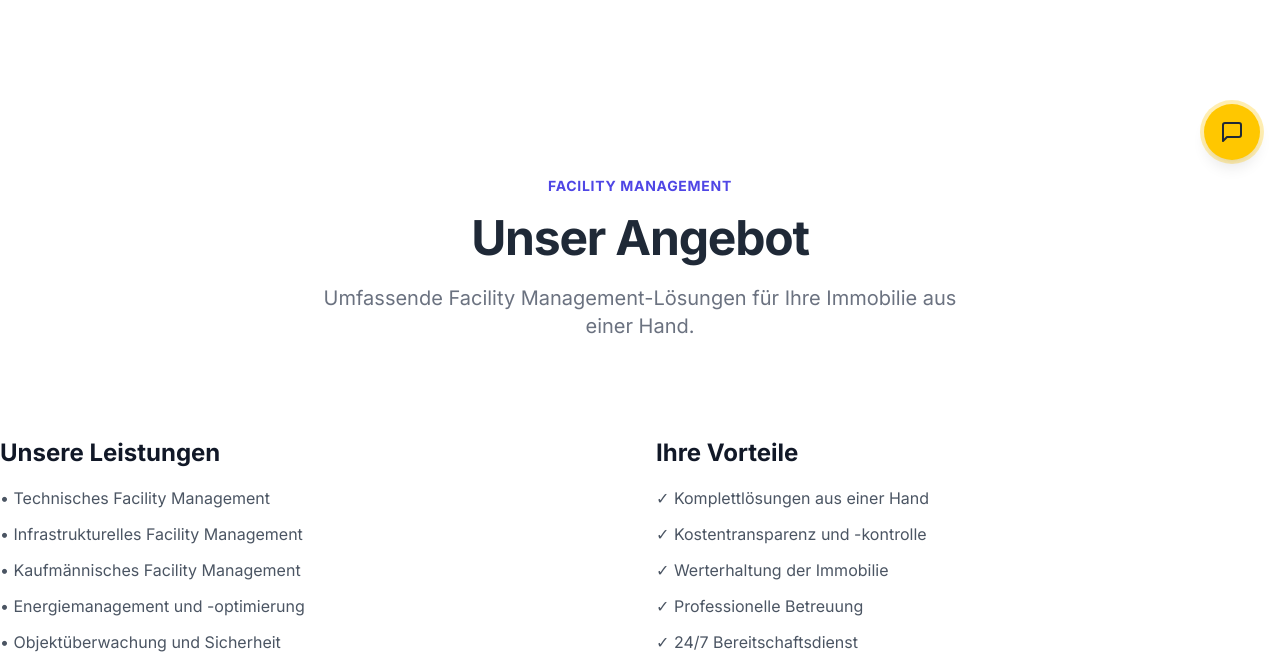
Repository: develcrystal/Solar-Komfort-Reinigung-2025
Page: /angebot
The author's editor kept a copy of each file at every save. The page is drawn from the files as they stood at one save, then again after the next save.
The browser window is 1280 px wide. The pictures show the part of the page from y = 540 to 1194 px (the page is 2219 px tall before and 2027 px after).
Pictures or frames that could not be fetched are drawn as grey boxes. The project was rebuilt for these pictures with package versions that can differ from the ones it lists, and the page was loaded fresh each time. The framework's server and built-in components were replaced by stand-ins that run in the browser. Also part of the build but not shown: next.config.js.

Above is the page before, as saved 2025-03-15 01:14:29.

### src/app/layout.tsx
import type { Metadata } from "next";
import { Inter } from "next/font/google";
import { ThemeProvider } from "next-themes";
import "./globals.css";

import { Navbar } from "@/components/Navbar";
import { Footer } from "@/components/Footer";
import { PopupWidget } from "@/components/PopupWidget";

const inter = Inter({ subsets: ["latin"] });

export const metadata: Metadata = {
  title: "Solar Komfort GmbH - Professionelle Dachbeschichtung",
  description: "Solar Komfort GmbH bietet professionelle Dachbeschichtung, Dachreinigung und Fassadenreinigung in Darmstadt und Umgebung.",
  icons: [
    {
      rel: "icon",
      type: "image/x-icon",
      url: "/favicon.ico",
    },
    {
      rel: "icon",
      type: "image/webp",
      url: "/img/flux/favicon.webp",
    }
  ],
};

export default function RootLayout({
  children,
}: Readonly<{
  children: React.ReactNode;
}>) {
  return (
    <html lang="de" suppressHydrationWarning>
      <body className={inter.className}>
        <ThemeProvider attribute="class">
          <Navbar />
          <div>{children}</div>
          <Footer />
          <PopupWidget />
        </ThemeProvider>
      </body>
    </html>
  );
}

### src/app/angebot/page.tsx
import { Container } from '@/components/Container';
import { SectionTitle } from '@/components/SectionTitle';
import { CtaSection } from '@/components/CtaSection';
import Image from 'next/image';

export default function Angebot() {
  return (
    <>
      {/* Hero-Bereich - Mobile First */}
      <div className="relative h-[50vh] sm:h-[55vh] md:h-[60vh] min-h-[350px] sm:min-h-[400px] w-full">
        <div className="absolute inset-0 z-0">
          <Image
            src="/img/flux/industriereinigung.webp"
            alt="Professionelle Industriereinigung - Facility Management Angebot"
            fill
            className="object-cover brightness-[0.8]"
            priority
          />
          <div className="absolute inset-0 bg-gradient-to-r from-blue-900/80 to-blue-900/50"></div>
        </div>

        <Container className="relative z-10 h-full flex items-center">
          <div className="max-w-2xl sm:max-w-3xl">
            <h1 className="text-2xl sm:text-3xl md:text-4xl lg:text-5xl font-extrabold leading-tight text-white uppercase mb-3 sm:mb-4 md:mb-6 drop-shadow-lg">
              FACILITY MANAGEMENT ANGEBOT
            </h1>
            <p className="text-base sm:text-lg md:text-xl lg:text-2xl text-white mb-4 sm:mb-6 md:mb-8 drop-shadow-md">
              Umfassende Facility Management-Lösungen für Ihre Immobilie aus einer Hand.
            </p>
            <div className="flex flex-col sm:flex-row gap-3 sm:gap-4">
              <a href="/kontakt" className="px-4 sm:px-6 md:px-8 py-3 sm:py-4 text-sm sm:text-base md:text-lg font-medium text-center text-white bg-blue-600 rounded-lg hover:bg-blue-700 focus:ring-4 focus:ring-blue-300 transition-all min-h-[44px] touch-manipulation">
                Kostenlos beraten lassen
              </a>
              <a href="/kostenrechner" className="px-4 sm:px-6 md:px-8 py-3 sm:py-4 text-sm sm:text-base md:text-lg font-medium text-center text-gray-900 bg-white rounded-lg hover:bg-gray-100 focus:ring-4 focus:ring-gray-200 transition-all min-h-[44px] touch-manipulation">
                Kosten berechnen
              </a>
            </div>
          </div>
        </Container>
      </div>

      <div className="bg-white dark:bg-gray-900 py-12 sm:py-16 md:py-20 lg:py-24">
        <Container>
          <SectionTitle
            preTitle="Facility Management"
            title="Unser Angebot"
          >
            Umfassende Facility Management-Lösungen für Ihre Immobilie aus einer Hand.
          </SectionTitle>

          <div className="mt-12 grid grid-cols-1 md:grid-cols-2 gap-8">
            <div>
              <h3 className="text-2xl font-bold text-gray-900 dark:text-white mb-4">Unsere Leistungen</h3>
              <ul className="space-y-3 text-gray-600 dark:text-gray-300">
                <li>• Technisches Facility Management</li>
                <li>• Infrastrukturelles Facility Management</li>
                <li>• Kaufmännisches Facility Management</li>
                <li>• Energiemanagement und -optimierung</li>
                <li>• Objektüberwachung und Sicherheit</li>
              </ul>
            </div>
            <div>
              <h3 className="text-2xl font-bold text-gray-900 dark:text-white mb-4">Ihre Vorteile</h3>
              <ul className="space-y-3 text-gray-600 dark:text-gray-300">
                <li>✓ Komplettlösungen aus einer Hand</li>
                <li>✓ Kostentransparenz und -kontrolle</li>
                <li>✓ Werterhaltung der Immobilie</li>
                <li>✓ Professionelle Betreuung</li>
                <li>✓ 24/7 Bereitschaftsdienst</li>
              </ul>
            </div>
          </div>
        </Container>
      </div>

      <CtaSection
        backgroundImage="/img/kundenbilder/Industriereinigung.webp"
        backgroundAlt="Kontaktieren Sie uns für Facility Management"
        title="Bereit für professionelles Facility Management?"
        description="Vereinbaren Sie noch heute einen unverbindlichen Beratungstermin."
        buttonText="Jetzt Beratung anfordern"
        buttonLink="/kontakt"
      />
    </>
  );
}

### src/components/Footer.tsx
import Link from "next/link";
import Image from "next/image";
import React from "react";
import { Container } from "@/components/Container";

export function Footer() {
  const navigation = ["Startseite", "Dienstleistungen", "Über uns", "Kontakt"];
  const services = ["Dachreinigung", "Dachbeschichtung", "Fassadenreinigung", "Pflasterreinigung"];
  return (
    <div className="relative">
      <Container>
        <div className="grid max-w-screen-xl grid-cols-1 gap-10 pt-10 mx-auto mt-5 border-t border-gray-100 dark:border-trueGray-700 lg:grid-cols-5">
          <div className="lg:col-span-2">
            <div>
              {" "}
              <Link
                href="/"
                className="flex items-center space-x-2 text-2xl font-medium text-indigo-500 dark:text-gray-100"
              >
                <Image
                  src="/img/logo.svg"
                  alt="SK"
                  width="32"
                  height="32"
                  className="w-8"
                />
                <span>Solar Komfort GmbH</span>
              </Link>
            </div>

            <div className="max-w-md mt-4 text-gray-500 dark:text-gray-400">
              Professionelle Dachreinigung und Dachbeschichtung mit modernem Nano-Effekt.
              Wir bieten umfassende Dienstleistungen für Ihr Dach - von der gründlichen
              Reinigung bis zur langlebigen Beschichtung.
            </div>

            <div className="mt-5">
              <div className="text-gray-500 dark:text-gray-400">
                <p>Telefon: <a href="tel:061511546592" className="hover:text-indigo-500">06151 15 465 92</a></p>
                <p>E-Mail: <a href="mailto:info@solarkomfort.de" className="hover:text-indigo-500">info@solarkomfort.de</a></p>
                <p>Adresse: Darmstadt, Deutschland</p>
              </div>
            </div>
          </div>

          <div>
            <div className="flex flex-wrap w-full -mt-2 -ml-3 lg:ml-0">
              {navigation.map((item, index) => (
                <Link
                  key={index}
                  href="/"
                  className="w-full px-4 py-2 text-gray-500 rounded-md dark:text-gray-300 hover:text-indigo-500 focus:text-indigo-500 focus:bg-indigo-100 focus:outline-none dark:focus:bg-trueGray-700"
                >
                  {item}
                </Link>
              ))}
            </div>
          </div>
          <div>
            <div className="flex flex-wrap w-full -mt-2 -ml-3 lg:ml-0">
              {services.map((item, index) => (
                <Link
                  key={index}
                  href="/"
                  className="w-full px-4 py-2 text-gray-500 rounded-md dark:text-gray-300 hover:text-indigo-500 focus:text-indigo-500 focus:bg-indigo-100 focus:outline-none dark:focus:bg-trueGray-700"
                >
                  {item}
                </Link>
              ))}
            </div>
          </div>
          <div className="">
            <div>Folgen Sie uns</div>
            <div className="flex mt-5 space-x-5 text-gray-400 dark:text-gray-500">
              <a
                href="https://facebook.com/"
                target="_blank"
                rel="noopener"
              >
                <span className="sr-only">Facebook</span>
                <Facebook />
              </a>
              <a
                href="https://instagram.com/"
                target="_blank"
                rel="noopener"
              >
                <span className="sr-only">Instagram</span>
                <Instagram />
              </a>
              <a href="https://linkedin.com/" target="_blank" rel="noopener">
                <span className="sr-only">Linkedin</span>
                <Linkedin />
              </a>
            </div>
          </div>
        </div>

        <div className="my-10 text-sm text-center text-gray-600 dark:text-gray-400">
          Copyright {new Date().getFullYear()}. Solar Komfort GmbH. Alle Rechte vorbehalten.
        </div>
      </Container>
    </div>
  );
}

const Twitter = ({ size = 24 }) => (
  <svg
    xmlns="http://www.w3.org/2000/svg"
    width={size}
    height={size}
    viewBox="0 0 24 24"
    fill="currentColor"
  >
    <path d="M24 4.37a9.6 9.6 0 0 1-2.83.8 5.04 5.04 0 0 0 2.17-2.8c-.95.58-2 1-3.13 1.22A4.86 4.86 0 0 0 16.61 2a4.99 4.99 0 0 0-4.79 6.2A13.87 13.87 0 0 1 1.67 2.92 5.12 5.12 0 0 0 3.2 9.67a4.82 4.82 0 0 1-2.23-.64v.07c0 2.44 1.7 4.48 3.95 4.95a4.84 4.84 0 0 1-2.22.08c.63 2.01 2.45 3.47 4.6 3.51A9.72 9.72 0 0 1 0 19.74 13.68 13.68 0 0 0 7.55 22c9.06 0 14-7.7 14-14.37v-.65c.96-.71 1.79-1.6 2.45-2.61z" />
  </svg>
);

const Facebook = ({ size = 24 }) => (
  <svg
    xmlns="http://www.w3.org/2000/svg"
    width={size}
    height={size}
    viewBox="0 0 24 24"
    fill="currentColor"
  >
    <path d="M24 12.07C24 5.41 18.63 0 12 0S0 5.4 0 12.07C0 18.1 4.39 23.1 10.13 24v-8.44H7.08v-3.49h3.04V9.41c0-3.02 1.8-4.7 4.54-4.7 1.31 0 2.68.24 2.68.24v2.97h-1.5c-1.5 0-1.96.93-1.96 1.89v2.26h3.32l-.53 3.5h-2.8V24C19.62 23.1 24 18.1 24 12.07" />
  </svg>
);
const Instagram = ({ size = 24 }) => (
  <svg
    xmlns="http://www.w3.org/2000/svg"
    width={size}
    height={size}
    viewBox="0 0 24 24"
    fill="currentColor"
  >
    <path d="M16.98 0a6.9 6.9 0 0 1 5.08 1.98A6.94 6.94 0 0 1 24 7.02v9.96c0 2.08-.68 3.87-1.98 5.13A7.14 7.14 0 0 1 16.94 24H7.06a7.06 7.06 0 0 1-5.03-1.89A6.96 6.96 0 0 1 0 16.94V7.02C0 2.8 2.8 0 7.02 0h9.96zm.05 2.23H7.06c-1.45 0-2.7.43-3.53 1.25a4.82 4.82 0 0 0-1.3 3.54v9.92c0 1.5.43 2.7 1.3 3.58a5 5 0 0 0 3.53 1.25h9.88a5 5 0 0 0 3.53-1.25 4.73 4.73 0 0 0 1.4-3.54V7.02a5 5 0 0 0-1.3-3.49 4.82 4.82 0 0 0-3.54-1.3zM12 5.76c3.39 0 6.2 2.8 6.2 6.2a6.2 6.2 0 0 1-12.4 0 6.2 6.2 0 0 1 6.2-6.2zm0 2.22a3.99 3.99 0 0 0-3.97 3.97A3.99 3.99 0 0 0 12 15.92a3.99 3.99 0 0 0 3.97-3.97A3.99 3.99 0 0 0 12 7.98zm6.44-3.77a1.4 1.4 0 1 1 0 2.8 1.4 1.4 0 0 1 0-2.8z" />
  </svg>
);

const Linkedin = ({ size = 24 }) => (
  <svg
    xmlns="http://www.w3.org/2000/svg"
    width={size}
    height={size}
    viewBox="0 0 24 24"
    fill="currentColor"
  >
    <path d="M22.23 0H1.77C.8 0 0 .77 0 1.72v20.56C0 23.23.8 24 1.77 24h20.46c.98 0 1.77-.77 1.77-1.72V1.72C24 .77 23.2 0 22.23 0zM7.27 20.1H3.65V9.24h3.62V20.1zM5.47 7.76h-.03c-1.22 0-2-.83-2-1.87 0-1.06.8-1.87 2.05-1.87 1.24 0 2 .8 2.02 1.87 0 1.04-.78 1.87-2.05 1.87zM20.34 20.1h-3.63v-5.8c0-1.45-.52-2.45-1.83-2.45-1 0-1.6.67-1.87 1.32-.1.23-.11.55-.11.88v6.05H9.28s.05-9.82 0-10.84h3.63v1.54a3.6 3.6 0 0 1 3.26-1.8c2.39 0 4.18 1.56 4.18 4.89v6.21z" />
  </svg>
);

### src/components/Container.tsx
import React from "react";

interface ContainerProps {
  children: React.ReactNode;
  className?: string;
}

export function Container(props: Readonly<ContainerProps>) {
  return (
    <div
      className={`container p-8 mx-auto xl:px-0 ${
        props.className ? props.className : ""
      }`}>
      {props.children}
    </div>
  );
}

### src/components/SectionTitle.tsx
import React from "react";
import { Container } from "@/components/Container";

interface SectionTitleProps {
  preTitle?: string;
  title?: string;
  align?: "left" | "center";
  children?: React.ReactNode;
}

export const SectionTitle = (props: Readonly<SectionTitleProps>) => {
  return (
    <Container
      className={`flex w-full flex-col mt-4 ${
        props.align === "left" ? "" : "items-center justify-center text-center"
      }`}>
      {props.preTitle && (
        <div className="text-sm font-bold tracking-wider text-indigo-600 uppercase">
          {props.preTitle}
        </div>
      )}

      {props.title && (
        <h2 className="max-w-2xl mt-3 text-2xl sm:text-3xl md:text-4xl font-bold leading-snug tracking-tight text-gray-800 lg:leading-tight lg:text-5xl dark:text-white">
          {props.title}
        </h2>
      )}

      {props.children && (
        <p className="max-w-2xl py-4 text-sm sm:text-base md:text-lg leading-normal text-gray-500 lg:text-xl xl:text-xl dark:text-gray-300">
          {props.children}
        </p>
      )}
    </Container>
  );
}

### src/components/CtaSection.tsx
import React from 'react';
import Image from 'next/image';

interface CtaSectionProps {
  backgroundImage: string;
  backgroundAlt?: string;
  title?: string;
  subtitle?: string;
  description?: string;
  ctaText?: string;
  buttonText?: string;
  ctaLink?: string;
  buttonLink?: string;
  className?: string;
  children?: React.ReactNode;
}

export const CtaSection: React.FC<CtaSectionProps> = ({
  backgroundImage,
  backgroundAlt = "CTA Background",
  title = "Bereit für ein kostenloses Angebot?",
  subtitle,
  description = "Kontaktieren Sie uns noch heute für eine unverbindliche Beratung.",
  ctaText,
  buttonText = "Kontakt aufnehmen",
  ctaLink,
  buttonLink = "/kontakt",
  className = "",
  children
}) => {
  const finalCTAText = ctaText || buttonText;
  const finalCTALink = ctaLink || buttonLink;
  const finalDescription = subtitle || description;

  return (
    <section className={`relative py-24 w-full ${className}`}>
      <div className="absolute inset-0 z-0">
        <Image
          src={backgroundImage}
          alt={backgroundAlt}
          fill
          className="object-cover"
        />
        <div className="absolute inset-0 bg-black/50"></div>
        <div className="absolute inset-0 bg-gradient-to-t from-black/40 to-transparent"></div>
      </div>

      <div className="relative z-10 w-full px-4">
        <div className="text-center max-w-5xl mx-auto">
          <h2 className="text-2xl sm:text-3xl md:text-4xl lg:text-5xl font-bold mb-4 sm:mb-6 text-white drop-shadow-lg">{title}</h2>
          <p className="text-base sm:text-lg md:text-xl lg:text-2xl mb-6 sm:mb-8 text-gray-100 drop-shadow-md">
            {finalDescription}
          </p>
          {children && (
            <div className="mb-8">
              {children}
            </div>
          )}
          <div className="flex flex-col sm:flex-row justify-center gap-4 w-full max-w-3xl mx-auto">
            <a
              href="tel:061511546592"
              className="px-8 py-4 text-lg font-bold text-center text-white bg-blue-600 rounded-xl hover:bg-blue-700 transition-colors shadow-lg flex items-center justify-center flex-1"
            >
              <svg className="h-6 w-6 mr-2" fill="none" viewBox="0 0 24 24" stroke="currentColor">
                <path strokeLinecap="round" strokeLinejoin="round" strokeWidth={2} d="M3 5a2 2 0 012-2h3.28a1 1 0 01.948.684l1.498 4.493a1 1 0 01-.502 1.21l-2.257 1.13a11.042 11.042 0 005.516 5.516l1.13-2.257a1 1 0 011.21-.502l4.493 1.498a1 1 0 01.684.949V19a2 2 0 01-2 2h-1C9.716 21 3 14.284 3 6V5z" />
              </svg>
              06151 15 465 92
            </a>
            <a
              href={finalCTALink}
              className="px-8 py-4 text-lg font-bold text-center text-white bg-orange-500 rounded-xl hover:bg-orange-600 transition-colors shadow-lg flex-1"
            >
              {finalCTAText}
            </a>
          </div>
        </div>
      </div>
    </section>
  );
};

### src/components/DarkSwitch.tsx
"use client";
import React, { useState, useEffect } from "react";
import { useTheme } from "next-themes";

const ThemeChanger = () => {
  const [mounted, setMounted] = useState(false);
  const { theme, setTheme } = useTheme();

  // When mounted on client, now we can show the UI
  useEffect(() => setMounted(true), []);

  if (!mounted) return null;

  return (
    <div className="flex items-center order-last">
      {theme === "dark" ? (
        <button
          onClick={() => setTheme("light")}
          className="text-gray-300 rounded-full outline-none focus:outline-none p-2 bg-gray-800 hover:bg-gray-700">
          <span className="sr-only">Light Mode</span>

          <svg
            xmlns="http://www.w3.org/2000/svg"
            className="w-6 h-6"
            viewBox="0 0 20 20"
            fill="currentColor">
            <path d="M17.293 13.293A8 8 0 016.707 2.707a8.001 8.001 0 1010.586 10.586z" />
          </svg>
        </button>
      ) : (
        <button
          onClick={() => setTheme("dark")}
          className="text-gray-700 rounded-full outline-none focus:outline-none p-2 bg-gray-100 hover:bg-gray-200 focus-visible:ring focus-visible:ring-gray-100 focus:ring-opacity-20">
          <span className="sr-only">Dark Mode</span>
          <svg
            xmlns="http://www.w3.org/2000/svg"
            width="24"
            height="24"
            viewBox="0 0 24 24"
            fill="none"
            stroke="currentColor"
            strokeWidth="1"
            strokeLinecap="round"
            strokeLinejoin="round"
            className="w-6 h-6">
            <circle cx="12" cy="12" r="5" />
            <path d="M12 1v2M12 21v2M4.2 4.2l1.4 1.4M18.4 18.4l1.4 1.4M1 12h2M21 12h2M4.2 19.8l1.4-1.4M18.4 5.6l1.4-1.4" />
          </svg>
        </button>
      )}
    </div>
  );
};

export default ThemeChanger;

### tailwind.config.ts
import type { Config } from "tailwindcss";

const defaultTheme = require("tailwindcss/defaultTheme");
const colors = require("tailwindcss/colors");

const config: Config = {
  mode: "jit",
  content: ["./src/**/*.{js,ts,jsx,tsx,mdx}"],
  darkMode: "class",
  theme: {
    extend: {
      colors: {
        primary: "#0052CC",      // A strong, professional blue
        secondary: "#F5F7FA",    // A light, clean gray for backgrounds
        accent: "#FFC700",       // A vibrant yellow for highlights and CTAs
        neutral: colors.neutral,
      },
      spacing: {
        "section-py": "4rem",
        "container-px": "1.5rem",
        "stack-sm": "0.75rem",    // Small vertical space (e.g., between text elements)
        "container-md": "1.5rem", // Standard component padding
      },
      borderRadius: {
        "radius-default": "0.5rem", // Default radius for interactive elements
      },
      boxShadow: {
        "shadow-elevation-1": "0px 1px 3px rgba(0, 0, 0, 0.1)", // Subtle shadow for cards
      },
      maxWidth: {
        '8xl': '90rem', // 1440px
      },
      fontFamily: {
        // Set 'Inter' as the primary sans-serif font, using the CSS variable provided by next/font
        sans: ["var(--font-inter)", ...defaultTheme.fontFamily.sans],
      },
    },
  },
  plugins: [],
};
export default config;

Loaded but not shown: src/components/PopupWidget.tsx (341 lines, source omitted); src/components/Navbar.tsx (236 lines, source omitted); src/app/globals.css (438 lines, source omitted)

After the next save:
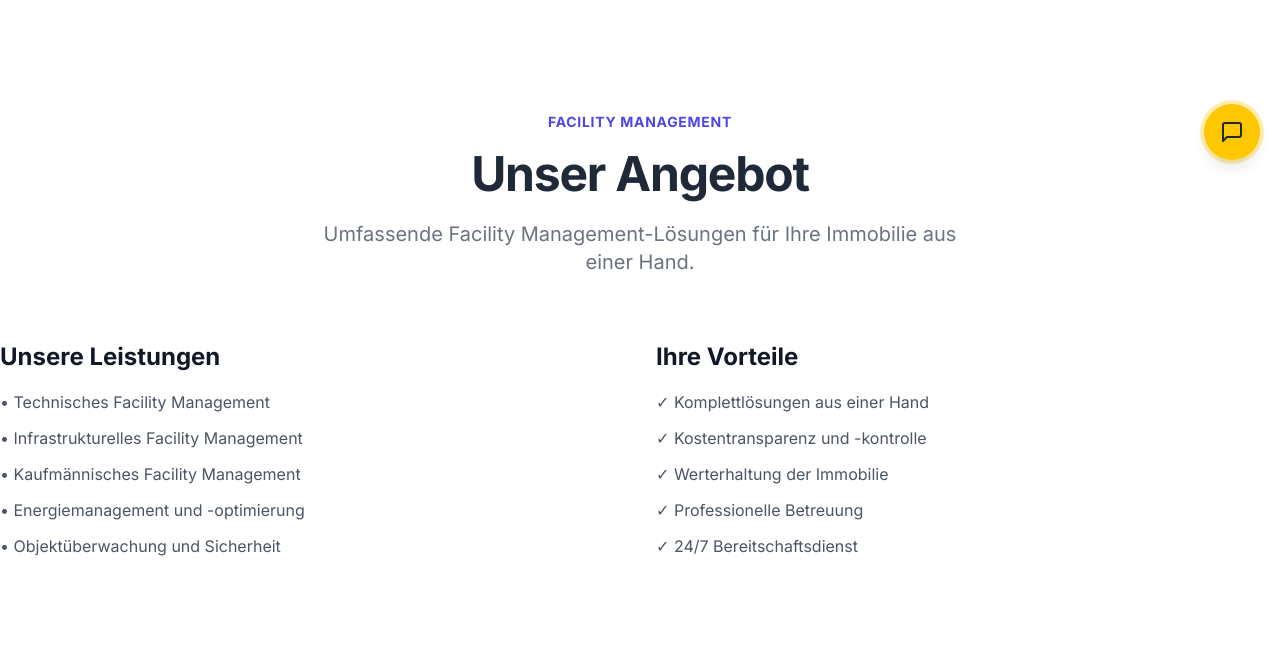
Saved 51 s later.
--- a/src/components/Container.tsx
+++ b/src/components/Container.tsx
@@ -8,7 +8,7 @@ interface ContainerProps {
 export function Container(props: Readonly<ContainerProps>) {
   return (
     <div
-      className={`container p-8 mx-auto xl:px-0 ${
+      className={`container px-8 mx-auto xl:px-0 ${
         props.className ? props.className : ""
       }`}>
       {props.children}
